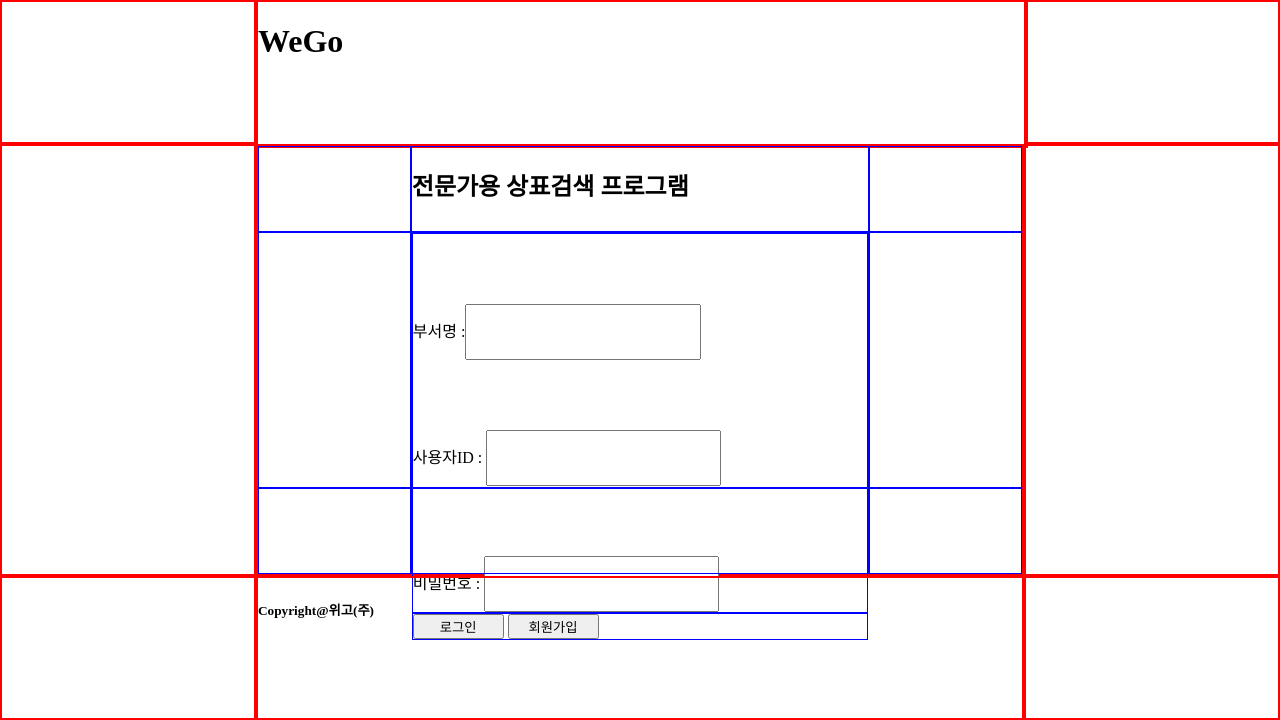
Repository: hamuse/wego1
Page: http://localhost/teamW1/facade.do
These files come from the project's save history. The page is drawn as it stood at one moment and after the next save; the edit follows.
The browser window is 1280 px wide. The pictures show the whole page.
Some web libraries are served in a nearby version. The page is served by Tomcat 9.

Above is the page before, as saved 2019-10-07 11:22:06.

After the next save:
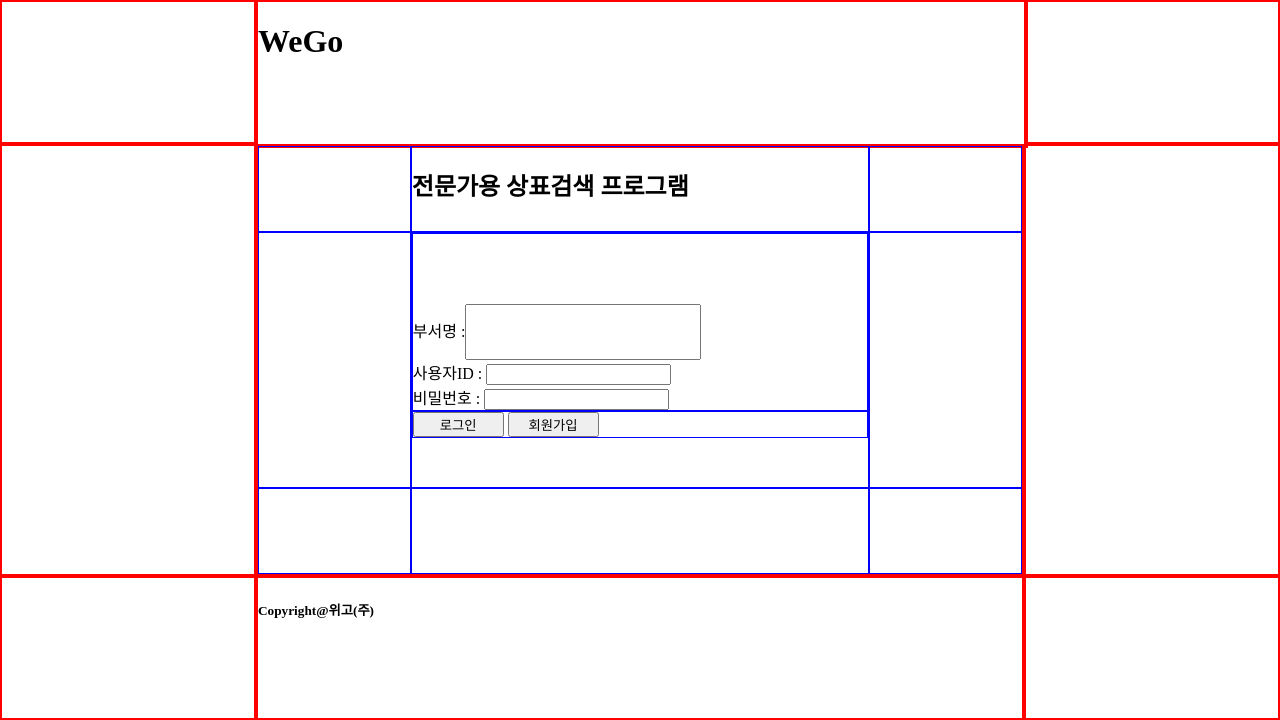
Saved 24 s later.
--- a/teamW1/WebContent/WEB-INF/views/facade/login.jsp
+++ b/teamW1/WebContent/WEB-INF/views/facade/login.jsp
@@ -4,8 +4,8 @@
 
 <div >
   부서명 :<input id="d_Name" class="input_text" type="text" name="dName"/><br/>
-  사용자ID : <input id="userName" class="input_text" type="text" name="empNo"/><br/>
-  비밀번호 : <input id="userPw" class="input_text" type="text" name="eName"/><br/>
+  사용자ID : <input id="userName" type="text" name="empNo"/><br/>
+  비밀번호 : <input id="userPw" type="text" name="eName"/><br/>
 </div>
 <div >
     <input type="hidden" name="action" value="login" />
